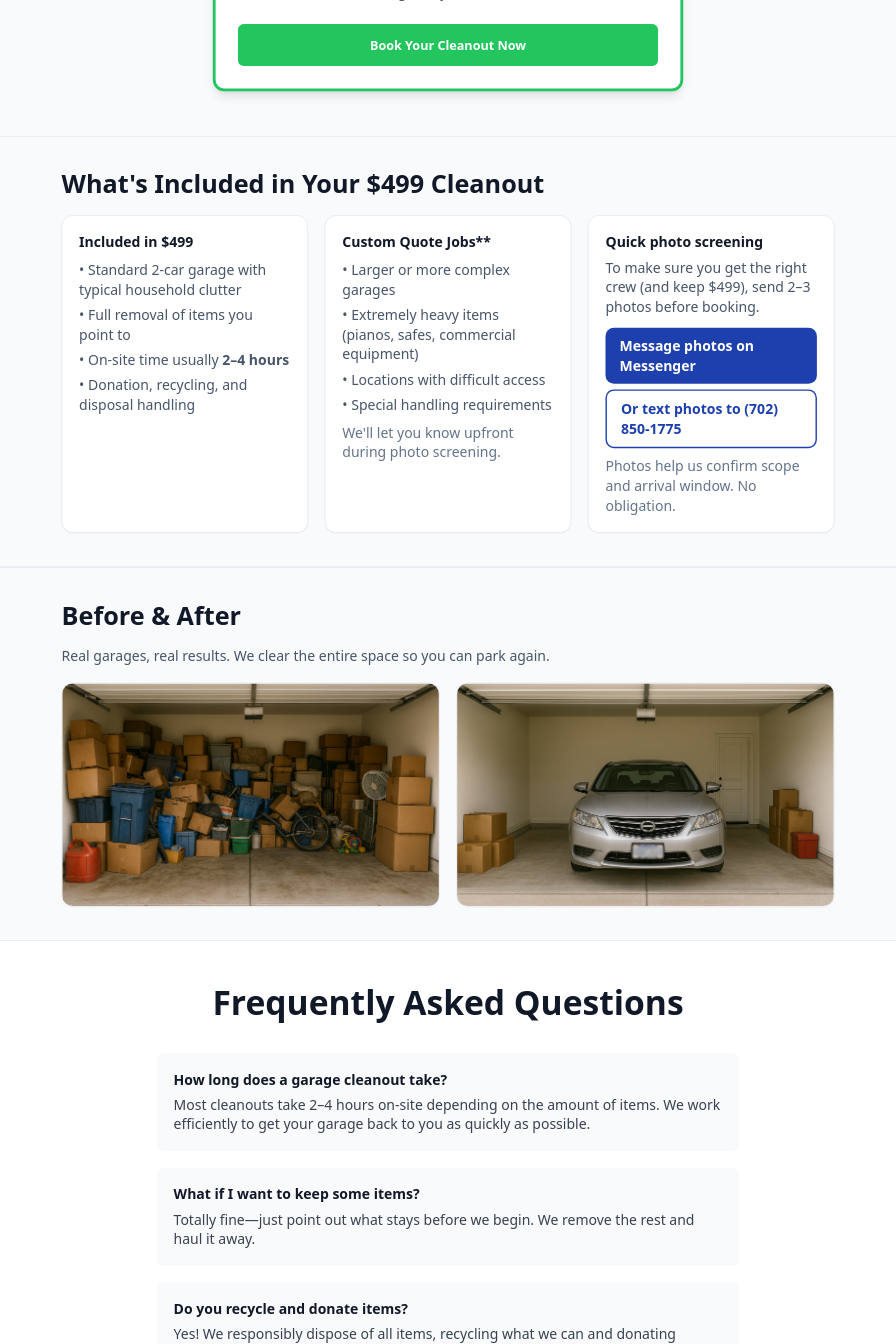
Repository: nikwhite1169/garagegone
Page: index.html
An editor plug-in stored every save of this project. The page is shown before and after the next save, followed by the edit.
The browser window is 1280 px wide. The pictures show the part of the page from y = 1845 to 3765 px (the page is 6005 px tall before and 5893 px after), at 70% of full size.
Some web libraries are served in a nearby version.

Above is the page before, as saved 2025-09-16 01:00:32.

After the next save:
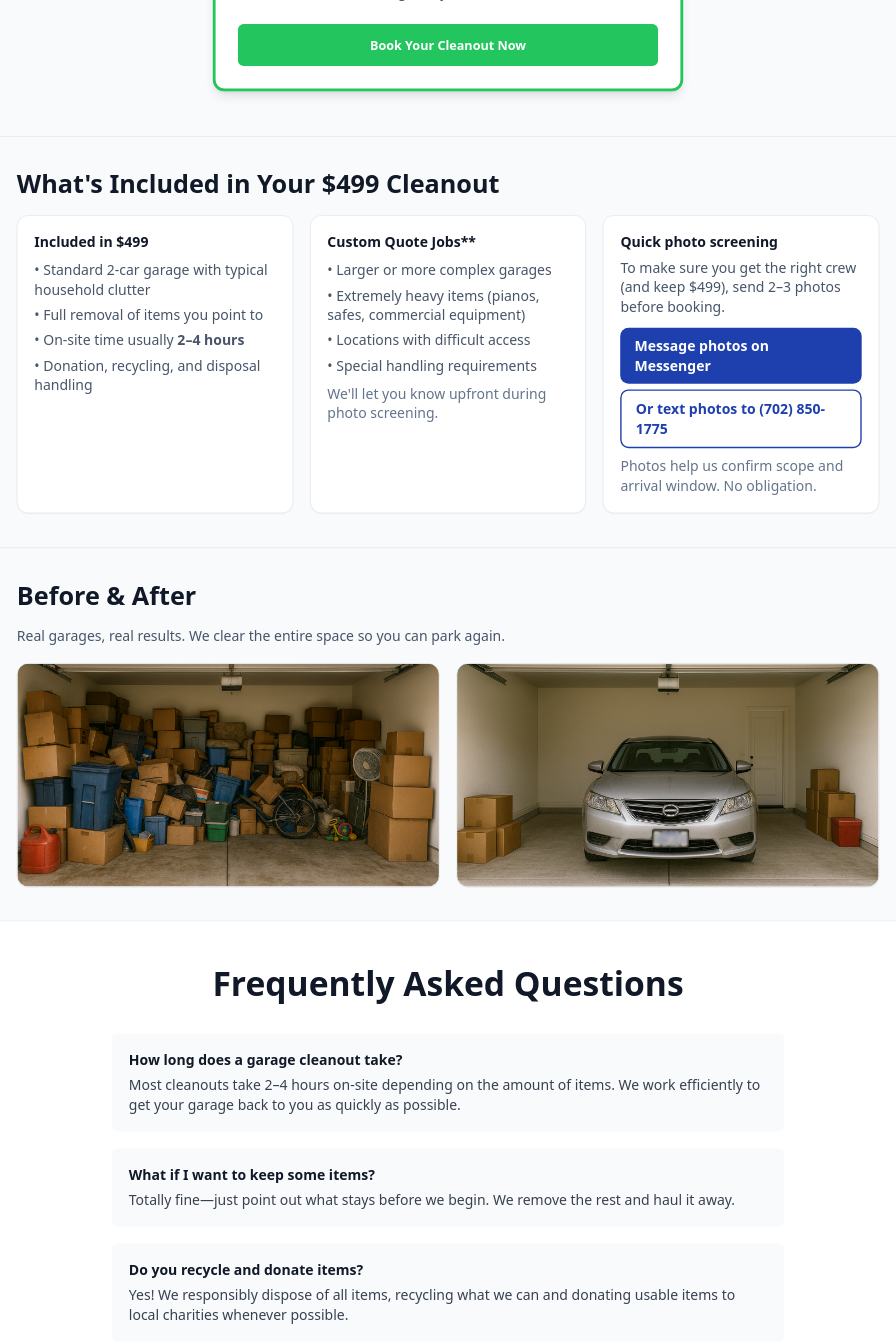
Saved 20 s later.
--- a/index.html
+++ b/index.html
@@ -244,7 +244,7 @@
 
     <!-- Scope & Extras -->
     <section id="scope" class="bg-slate-50 border-y border-slate-200">
-      <div class="max-w-6xl mx-auto px-4 md:px-6 py-12">
+      <div class="max-w-7xl mx-auto px-4 md:px-6 py-12">
         <h2 class="text-2xl md:text-4xl font-bold mb-6">What's Included in Your $499 Cleanout</h2>
         <div class="grid md:grid-cols-3 gap-6">
           <div class="rounded-2xl bg-white border p-6 shadow-sm">
@@ -283,7 +283,7 @@
 
     <!-- Before & After Gallery (replaces Reviews) -->
     <section class="bg-slate-50 border-y border-slate-200">
-      <div class="max-w-6xl mx-auto px-4 md:px-6 py-12">
+      <div class="max-w-7xl mx-auto px-4 md:px-6 py-12">
         <h2 class="text-2xl md:text-4xl font-bold mb-6">Before & After</h2>
         <p class="text-slate-600 mb-6">Real garages, real results. We clear the entire space so you can park again.</p>
         <div class="grid md:grid-cols-2 gap-6">
@@ -295,7 +295,7 @@
 
     <!-- FAQ Section -->
     <section id="faq" class="py-16 bg-white">
-        <div class="max-w-4xl mx-auto px-4 sm:px-6 lg:px-8">
+        <div class="max-w-5xl mx-auto px-4 sm:px-6 lg:px-8">
             <div class="text-center mb-12">
                 <h3 class="text-3xl md:text-5xl font-bold text-gray-900 mb-4">Frequently Asked Questions</h3>
             </div>
@@ -384,7 +384,7 @@
 
     <!-- Trust & Policies strip -->
     <section class="border-t border-slate-200">
-      <div class="max-w-6xl mx-auto px-4 md:px-6 py-8 grid gap-6 md:grid-cols-3">
+      <div class="max-w-7xl mx-auto px-4 md:px-6 py-8 grid gap-6 md:grid-cols-3">
         <div>
           <div class="font-semibold">Flat-Rate Pricing</div>
           <p class="text-slate-600 mt-1">Standard 2-car garage is always $499 in our service area. No surprise add-ons.</p>
@@ -402,7 +402,7 @@
 
     <!-- Fine Print -->
     <section class="bg-gray-100 border-t border-gray-200 py-6">
-      <div class="max-w-6xl mx-auto px-4 md:px-6">
+      <div class="max-w-7xl mx-auto px-4 md:px-6">
         <div class="text-xs text-gray-600 space-y-2">
           <p><strong>*</strong> Standard 2-car garage pricing applies to typical household clutter within Las Vegas city limits. Custom quotes may be required for larger garages, hoarder-level conditions, extremely heavy items, hazardous materials, or locations with difficult access.</p>
           <p><strong>**</strong> See our <a href="terms-of-service.html" class="text-blue-800 hover:underline">Terms of Service</a> for complete pricing details and conditions that may require custom quotes.</p>
